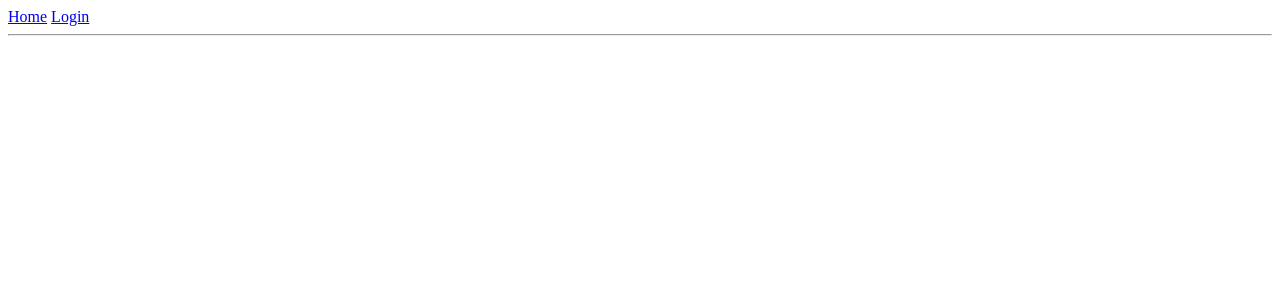
Repository: Gurudutt-S/cts-training
Page: http://localhost/Jsp/home.jsp
The author's editor kept a copy of each file at every save. The page is drawn from the files as they stood at one save, then again after the next save.
The browser window is 1280 px wide. The pictures show the whole page.
The page is served by Tomcat 9.

Above is the page before, as saved 2020-02-05 05:13:38.

After the next save:
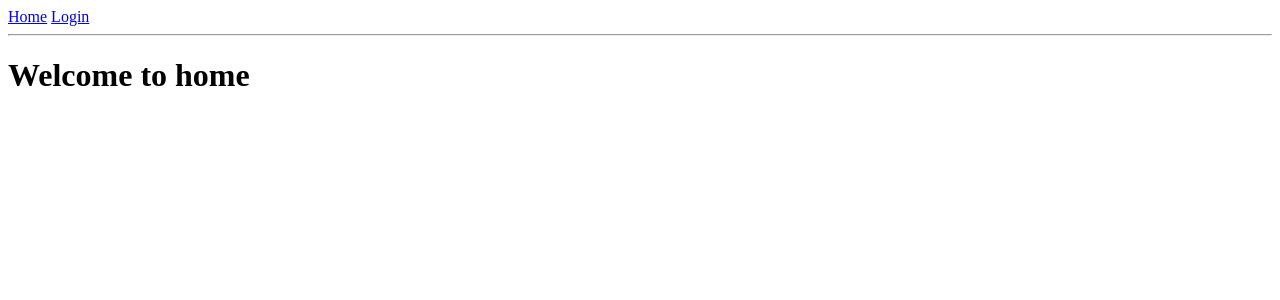
Saved 20 s later.
--- a/Day_30/Jsp/WebContent/home.jsp
+++ b/Day_30/Jsp/WebContent/home.jsp
@@ -1,4 +1,6 @@
 <%@ include file="header.jsp" %>
+
+<h1>Welcome to home</h1>
 
 </body>
 </html>
